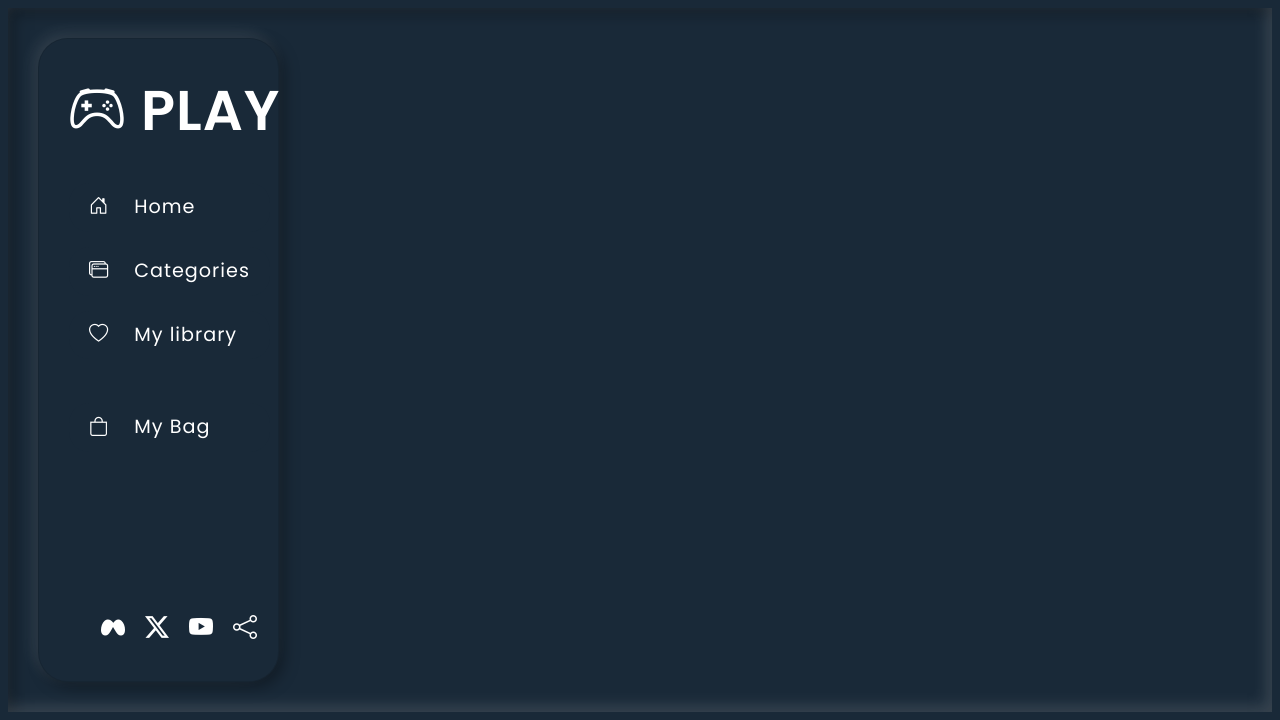
Repository: Ego-Wolf/Ecommerce-game-Reactjs
Page: /
These files come from the project's save history. The page is drawn as it stood at one moment and after the next save; the edit follows.
The browser window is 1280 px wide. The pictures show the whole page.
The project was rebuilt for these pictures with package versions that can differ from the ones it lists, and the page was loaded fresh each time.

Above is the page before, as saved 2023-12-21 23:32:27.

After the next save:
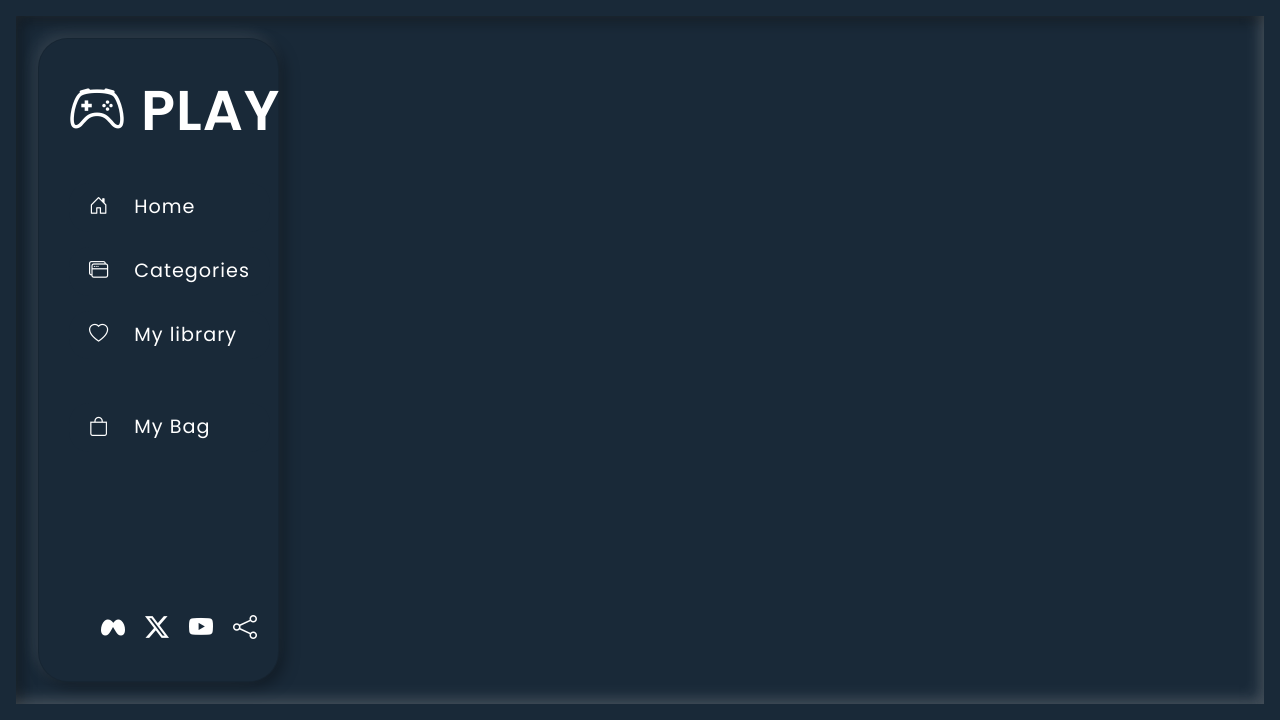
Saved 16 s later.
--- a/src/pages/Main.css
+++ b/src/pages/Main.css
@@ -19,8 +19,21 @@
 }
 
 .banner {
-    position: relative;
-    width: 80%;
-    height: 100%;
-    border-radius: 30px;
+    position: absolute;
+    top: 0;
+    left: 0;
+    right: 0;
+    bottom: 0;
+    padding: 30px;
+    border: 8px solid var(--bgColor);
+    box-shadow: -5px -5px 15px rgba(255, 255, 255, 0.15),
+    5px 5px 15px rgba(0, 0, 0, 0.35),
+    inset -5px -5px 15px rgba(255, 255, 255, 0.15),
+    inset 5px 5px 15px rgba(0, 0, 0, 0.35);
+    display: flex;
+    justify-content: space-between;
+    align-items: center;
+    gap: 30px;
+    overflow: hidden;
+    transition: 0.5s;
 }

After the save that followed:
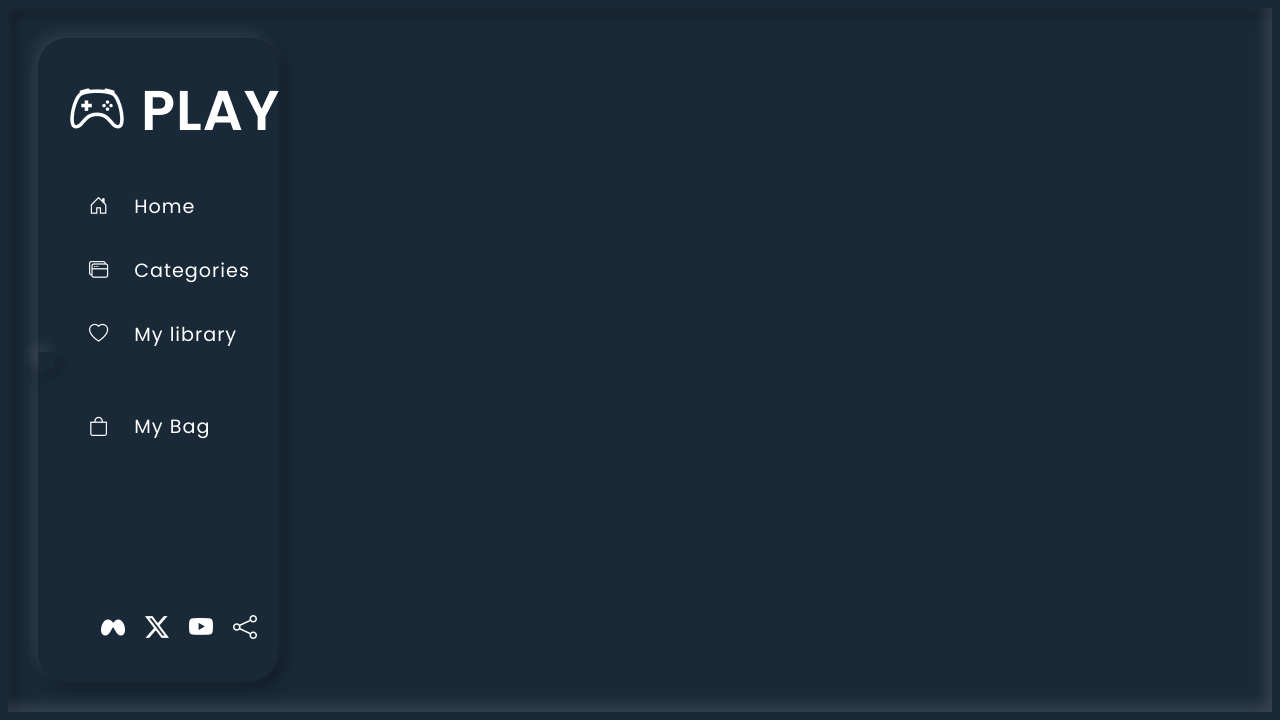
Saved 10 s later.
--- a/src/pages/Main.css
+++ b/src/pages/Main.css
@@ -20,11 +20,6 @@
 
 .banner {
     position: absolute;
-    top: 0;
-    left: 0;
-    right: 0;
-    bottom: 0;
-    padding: 30px;
     border: 8px solid var(--bgColor);
     box-shadow: -5px -5px 15px rgba(255, 255, 255, 0.15),
     5px 5px 15px rgba(0, 0, 0, 0.35),
